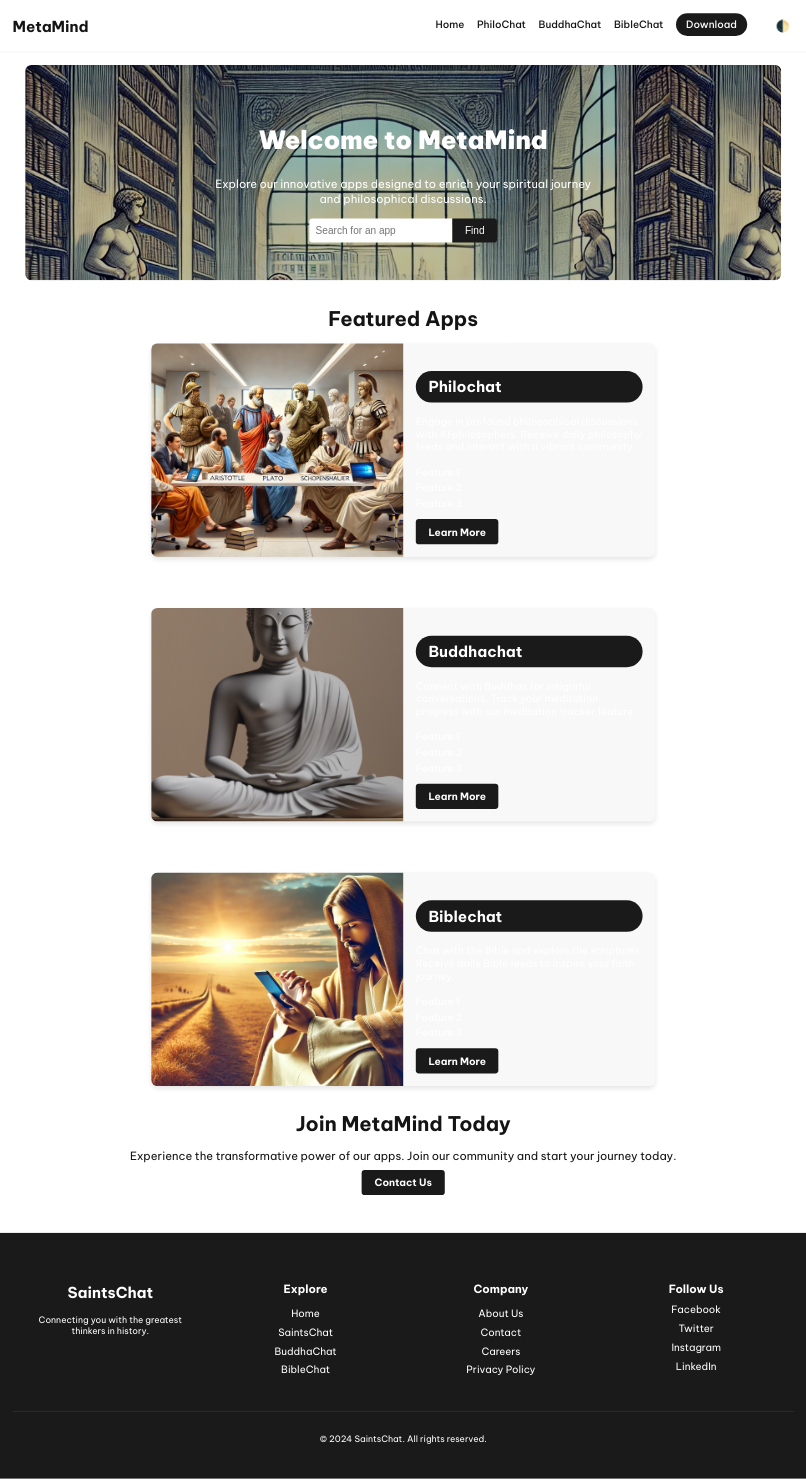
Repository: HSfac/EthosMindWeb
Page: /
An editor plug-in stored every save of this project. The page is shown before and after the next save, followed by the edit.
The browser window is 1280 px wide. The pictures show the whole page, at 63% of full size.
The project was rebuilt for these pictures with package versions that can differ from the ones it lists, and the page was loaded fresh each time. Also part of the build but not shown: src/pages/SaintsChat.css, src/pages/SaintsChat.jsx, src/pages/BuddhaChat.css, src/pages/BuddhaChat.jsx, src/pages/BibleChat.css, src/pages/BibleChat.jsx, src/pages/Download.css, src/pages/Download.jsx.

Above is the page before, as saved 2024-07-21 21:52:30.

After the next save:
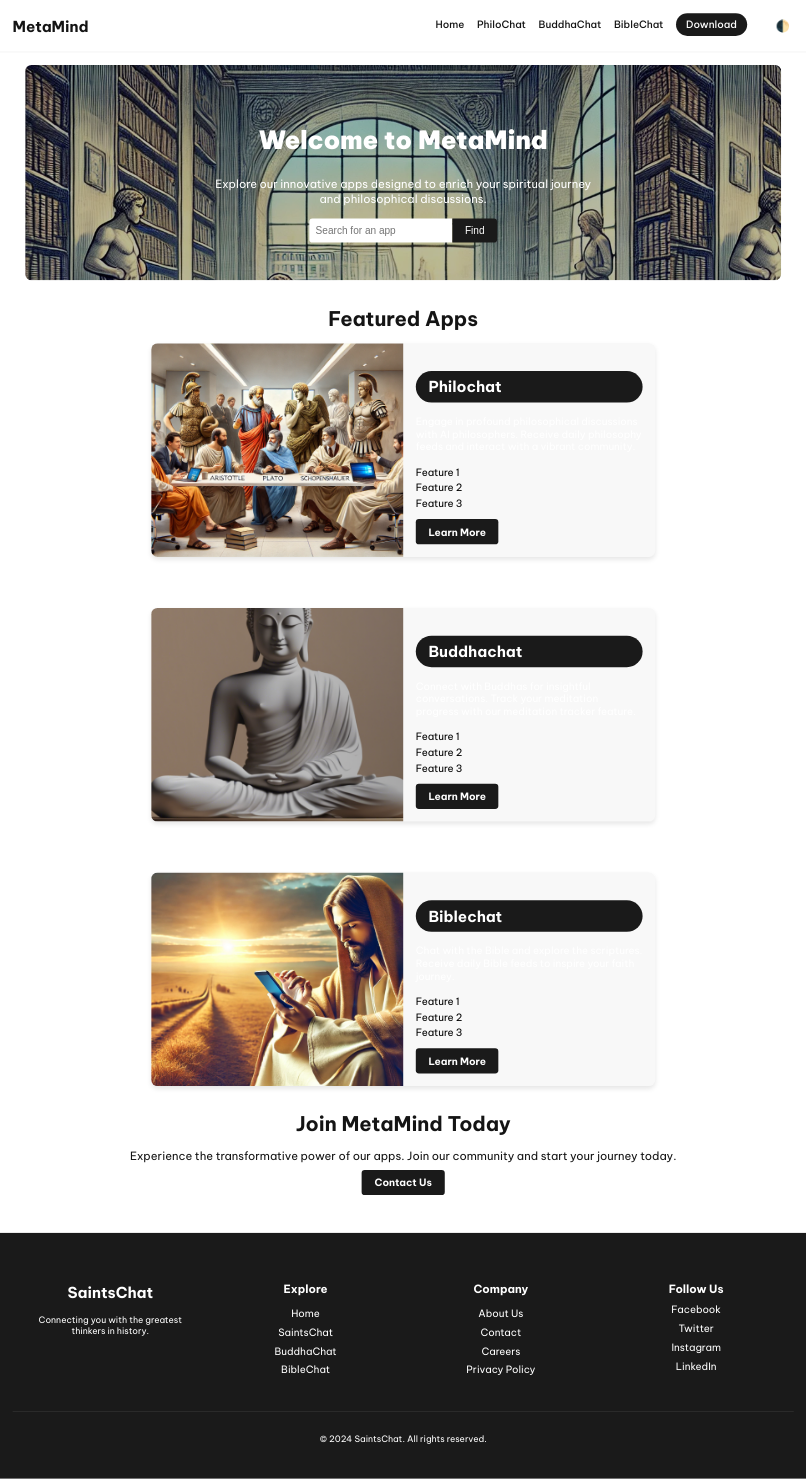
Saved 15 s later.
--- a/src/pages/Home.css
+++ b/src/pages/Home.css
@@ -96,7 +96,7 @@
   display: flex;
   flex-direction: column;
   justify-content: center;
-  color: #ffffff;
+  color: black;
 }
 
 .home-app-title {
